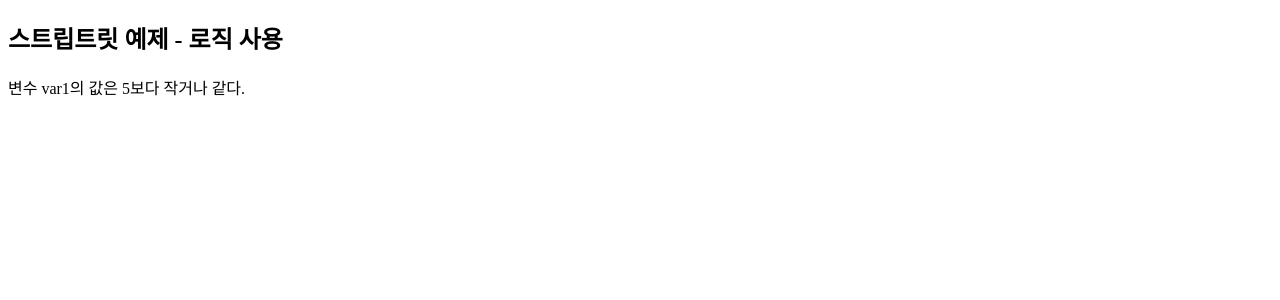
Repository: Tak-kuen/18-2
Page: http://localhost/studyjsp/Jsp/116_scriptTest2.jsp
An editor plug-in stored every save of this project. The page is shown before and after a run of saves, followed by the edit.
The browser window is 1280 px wide. The pictures show the whole page.
The page is served by Tomcat 9.

Above is the page before, as saved 2018-10-11 01:30:27.

After the next 3 saves:
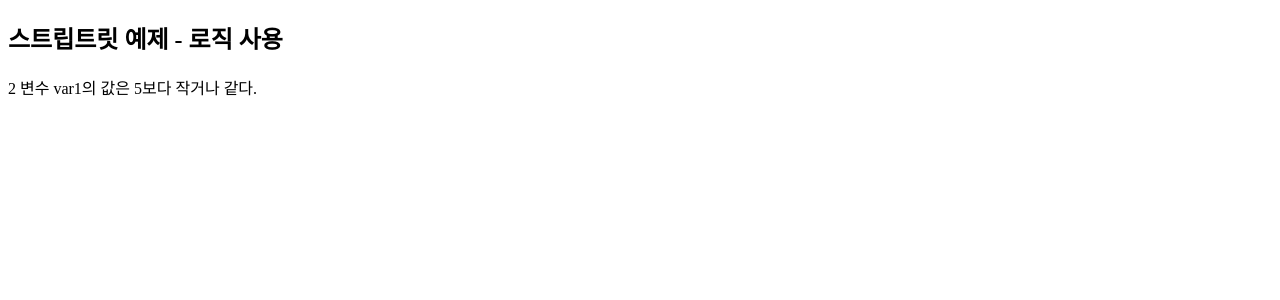
The 3 saves are shown as one change because 2 did not build or start.
The last was saved 3 min 14 s later.
--- a/code/studyjsp/WebContent/Jsp/116_scriptTest2.jsp
+++ b/code/studyjsp/WebContent/Jsp/116_scriptTest2.jsp
@@ -8,7 +8,7 @@
 </head>
 <body>
 <h2>스트립트릿 예제 - 로직 사용</h2>
-
+${1+1 }
 <%
 int var1=3;
 if(var1>5){

After the 2 saves that followed:
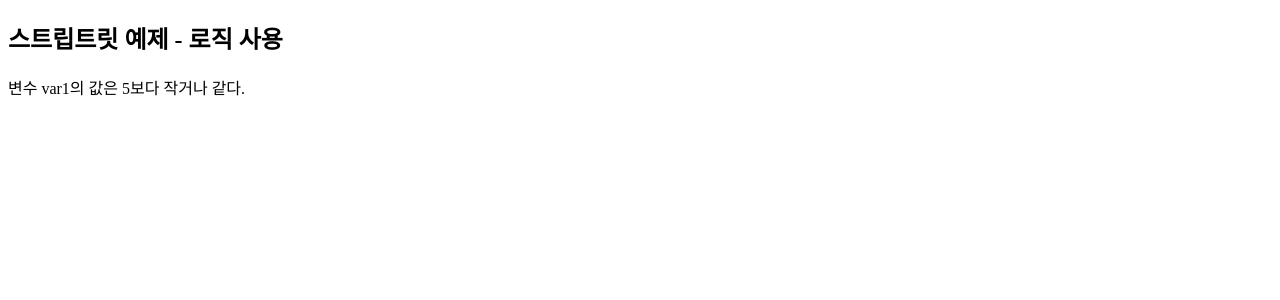
The 2 saves are shown as one change because 1 left the picture as it was.
The last was saved 27 s later.
--- a/code/studyjsp/WebContent/Jsp/116_scriptTest2.jsp
+++ b/code/studyjsp/WebContent/Jsp/116_scriptTest2.jsp
@@ -8,7 +8,6 @@
 </head>
 <body>
 <h2>스트립트릿 예제 - 로직 사용</h2>
-${1+1 }
 <%
 int var1=3;
 if(var1>5){
